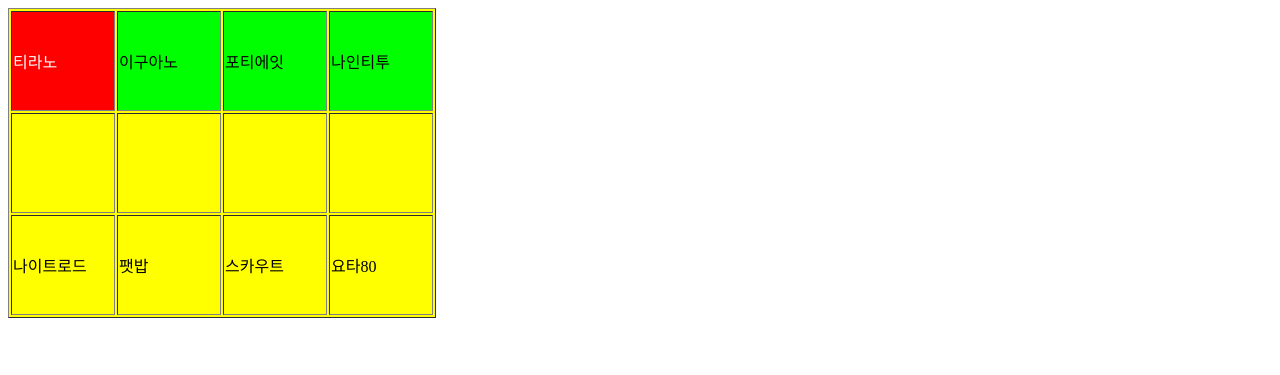
Repository: shouvoo/bitAcademy
Page: work/jsp/htmlProj/WebContent/basic/table.html
An editor plug-in stored every save of this project. The page is shown before and after the next save, followed by the edit.
The browser window is 1280 px wide. The pictures show the whole page.

Above is the page before, as saved 2017-09-26 01:53:09.

### work/jsp/htmlProj/WebContent/basic/table.html
<!DOCTYPE html>
<html>
	<head>
		<meta charset="UTF-8">
		<title>table</title>
	</head>

	<body>
		<table border="1" bgcolor="#ff0">
			<tr height="100" bgcolor="#0f0"> <!-- tr 은 줄 -->
				<td width="100" bgcolor="#f00" style="color: white">티라노</td> <!--  td 는 칸 -->
				<td width="100">이구아노</td>
				<td width="100">포티에잇</td>
				<td width="100">나인티투</td>
			</tr>

			<tr height="100">
				<td  width="100"></td> <!-- &nbsp; 빈칸을 넣어준다 -->
				<td></td>
				<td></td>
				<td></td>
			</tr>

			<tr height="100">
				<td>나이트로드</td>
				<td>팻밥</td>
				<td>스카우트</td>
				<td>요타80</td>
			</tr>
		</table>
	</body>
</html>

After the next save:
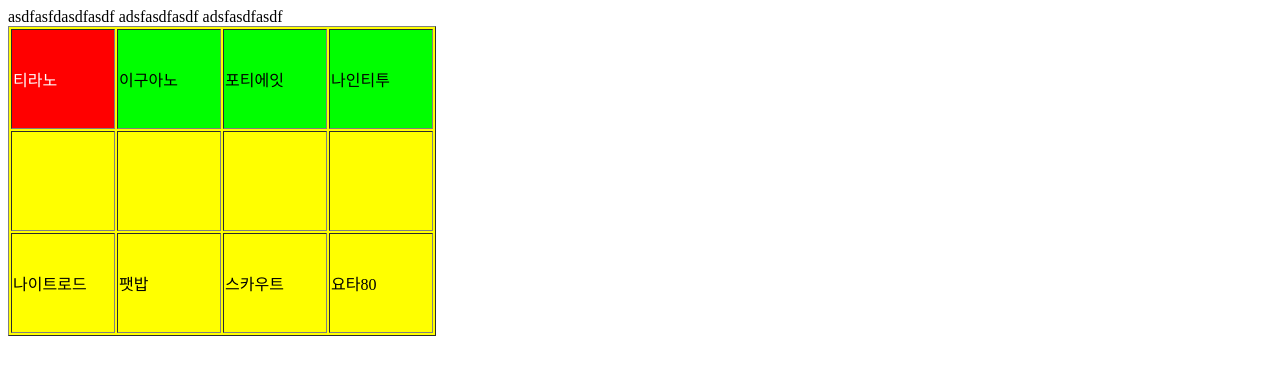
Saved 29 s later.
--- a/work/jsp/htmlProj/WebContent/basic/table.html
+++ b/work/jsp/htmlProj/WebContent/basic/table.html
@@ -7,8 +7,11 @@
 
 	<body>
 		<table border="1" bgcolor="#ff0">
+		asdfasfdasdfasdf
 			<tr height="100" bgcolor="#0f0"> <!-- tr 은 줄 -->
+			adsfasdfasdf
 				<td width="100" bgcolor="#f00" style="color: white">티라노</td> <!--  td 는 칸 -->
+				adsfasdfasdf
 				<td width="100">이구아노</td>
 				<td width="100">포티에잇</td>
 				<td width="100">나인티투</td>

After the save that followed:
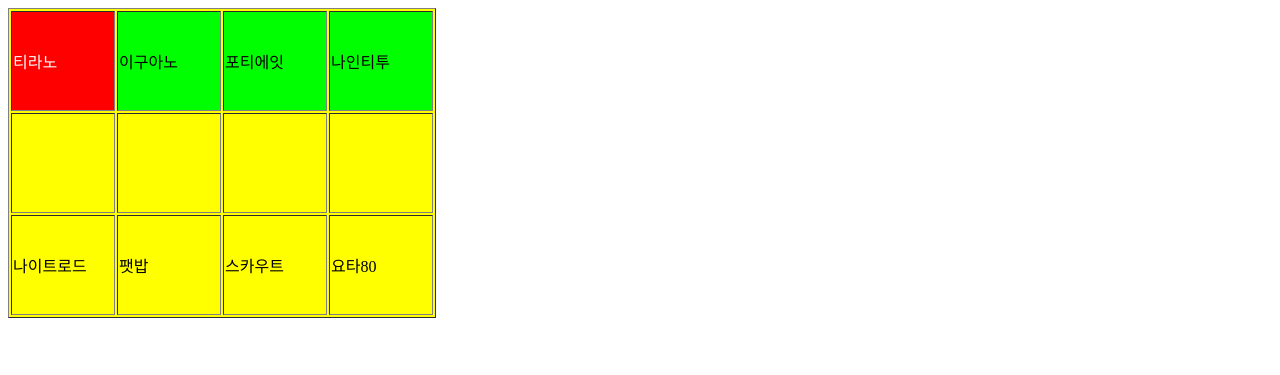
Saved 88 s later.
--- a/work/jsp/htmlProj/WebContent/basic/table.html
+++ b/work/jsp/htmlProj/WebContent/basic/table.html
@@ -7,11 +7,8 @@
 
 	<body>
 		<table border="1" bgcolor="#ff0">
-		asdfasfdasdfasdf
 			<tr height="100" bgcolor="#0f0"> <!-- tr 은 줄 -->
-			adsfasdfasdf
 				<td width="100" bgcolor="#f00" style="color: white">티라노</td> <!--  td 는 칸 -->
-				adsfasdfasdf
 				<td width="100">이구아노</td>
 				<td width="100">포티에잇</td>
 				<td width="100">나인티투</td>
